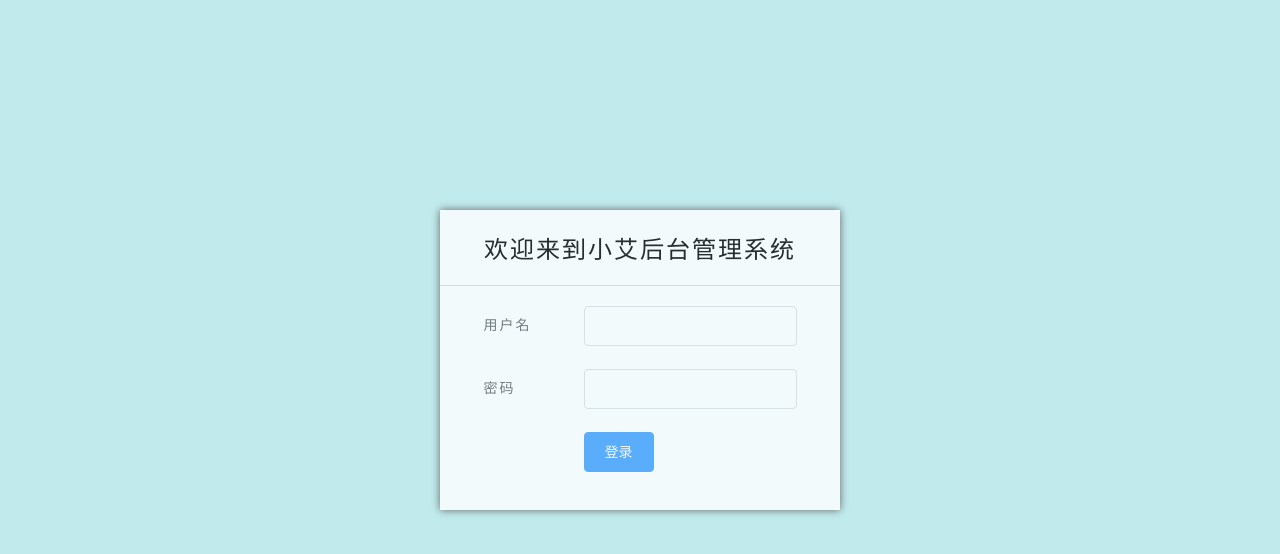
Repository: noob-injoker/router-slots-cw-ee
Page: /Login
These files come from the project's save history. The page is drawn as it stood at one moment and after the next save; the edit follows.
The browser window is 1280 px wide. The pictures show the whole page.
The project was rebuilt for these pictures with package versions that can differ from the ones it lists, and the page was loaded fresh each time. Also part of the build but not shown: vue.config.js, src/views/Home.vue, src/views/Layout.vue.

Above is the page before, as saved 2020-08-29 20:20:41.

### src/main.js
import Vue from 'vue'
import App from './App.vue'
import router from './router'
import store from './store'
import './bus'
import ElementUI from 'element-ui'
import 'element-ui/lib/theme-chalk/index.css'

Vue.use(ElementUI)

Vue.config.productionTip = false

new Vue({
  router,
  store,
  render: h => h(App)
}).$mount('#app')

### src/App.vue
<template>
<div id="app">

  <router-view />

</div>
</template>

<style>
@import './styles/styles.scss';
@import './styles/common.scss';
</style>

### src/router/index.js
import Vue from 'vue'
import VueRouter from 'vue-router'
import Home from '../views/Home.vue'
import Layout from '../views/Layout.vue'

Vue.use(VueRouter)

  const routes = [
    {
      path: '/',
      name: 'Layout',
      component: Layout,
      children: [

        {
          path: '',
          name: 'Home',
          component: Home
        }
        // ,
        // {
        //   path: 'cata',
        //   name: 'cata',
        //   component: () => import('../views/cata.vue')
        // }
      ]

    },
    {
      path:'/Login',
      name:"Login",
      component: () => import('../views/Login.vue'),
      meta:{
        title:'登录'
      }
    },
  // ,
  // {
  //   path: '/about',
  //   name: 'About',
  //   // route level code-splitting
  //   // this generates a separate chunk (about.[hash].js) for this route
  //   // which is lazy-loaded when the route is visited.
  //   component: () => import(/* webpackChunkName: "about" */ '../views/About.vue')
  // }

]

const router = new VueRouter({
  mode: 'history',
  base: process.env.BASE_URL,
  routes
})

export default router

### src/store/index.js
import Vue from 'vue'
import Vuex from 'vuex'
import user from './user/user'

Vue.use(Vuex)

export default new Vuex.Store({
  state: {
    some:""
  },
  mutations: {
    setSome(state,data){
      state.some = data
    }
  },
  actions: {
  },
  modules: {
    user
  }
})

### src/bus/index.js
import Vue from 'vue'
const bus = new Vue()
Vue.prototype.$bus = bus

### src/styles/styles.scss
.username .el-form-item__label,.password .el-form-item__label{
    text-align: left;
}

### src/styles/common.scss
*{
  margin: 0px;
  padding: 0px;
}

.df{
  display: flex;
}
.f-1{
  flex: 1;
}
.j-center{
  display: flex;
  justify-content: center;

}
.j-bettween{
  display: flex;
  justify-content: space-between;

}
.j-around{
  display: flex;
  justify-content: space-around;
}
.j-end{
  display: flex;
  justify-content: flex-end;
}
.a-center{
  align-items: center;
}
.f-column{
  display: flex;
  flex-direction: column;
}
.p-r{
  position: relative;
}
.p-a{
  position: absolute;
}

.r1{
  border: 1px solid red;
}
.y1{
  border: 1px solid yellow;
}
.b1{
  border: 1px solid black;
}

.l-height32{
  line-height: 32px;
}
.w100{

  width: 100%;

}
.t-center{
  text-align: center;

}
.f12{
  font-size: 12px;
}

.w1170{
  width: 1170px;
}
.h100{
  height: 100px;
}
.h70{
  height: 70px;
}
.h436{
  height: 436px;
}
.h350{
  height: 350px;
}
.w1070{
  width: 1070px;
}
.h1590{
  height: 1590px;
}
.h726{
  height: 726px;
}
.w1054{
  width: 1054px;
}
.h160{
  height: 160px;
}
.w732{
  width: 732px;
}
.b2{
  border: 2px solid black;
}
.h434{
  height: 434px;

}
.h600{
  height: 600px;
}
.w1078{
  width: 1078px;
}
.h362{
  height: 362px;
}
.fs16{
  font-size: 16px;
}
.w652{
  width: 652px;

}
.h82{
  height: 82px;
}
.w1064{
  width: 1064px;
}
.h352{
  height: 352px;
}
.w286{
  width: 286px;
}
.h22{
  height: 22px;
}
.w290{
  width: 290px;
}
.h330{
  height: 330px;
}
.mt40{
  margin-top: 40px;
}
.h724{
  height: 724px;
}
.h630{
  height: 630px;

}
.w1058{
  width: 1058px;
}
.h160{
  height: 160px;
}
.w290{
  width: 290px;
}
.w738{
  width: 738px;
}
.w1170{
  width: 1170;
}
.h468{
  height: 468px;
}
.mt20{
  margin-top: 20px;
}
.h318{
  height: 318px;
}
.w652{
  width: 652px;
}
.w370{
  width: 370px;
}
.h314{
  height: 314px;
}
.g1{
  border: 1px solid gray;
}
.w146{
  width: 146px;
}
.box_content3_pic img{
  width: 100%;
  height: 100%;
}
.w488{
  width: 488px;
}
.h420{
  height: 420px;
}
.h234{
  height: 234px;
}
.w950{
  width: 950px;
}
.h68{
  height: 68px;
}
.w124{
  width: 124px;
}
.h50{
  height: 50px;
}
.w190{
  width: 190px;
}
.h44{
  height: 44px;
}
.w184{
  width: 184px;
}
.h32{
  height: 32px;
}
.h400{
  height: 400px;
}
.w1200{
  width: 1200px;
}
.w950{
  width: 950px;

}
.h630{
  height: 630px;
}
.h188{
  height: 188px;
}
.h380{
  height: 380px;
}
.h335{
  height: 335px;
}
.h138{
  height: 138px;
}
.w238{
  width: 238px;
}
.h668{
  height: 668px;
}
.h446{
  height: 446px;
}
.w460{
  width: 460px;
}
.w140{
  width: 140px;
}
.h140{
  height: 140px;
}
.w320{
  width: 320px;
}
.w950{
  width: 950px;

}
.h498{
  height: 498px;
}
.h100{
  height: 100px;
}
.h398{
  height: 398px;
}
.mb10{
  margin-bottom: 10px;
}
.w358{
  width: 358px;
}
.w440{
  width: 440px;
}
.w119{
  width: 119px;
}
.h30{
  height: 30px;
}
.w59{
  width: 59px;
}
.h88{
  height: 88px;
}
.w1000{
  width: 1000px;
}
.height{
  height: 460px;
}
.w120{
  width: 120px;
}
.h70{
  height: 70px;
}
.fs12{
  font-size: 12px;
}
.fs14{
  font-size: 14px;
}
.h509{
  height: 509px;
}
.w644{
  width: 644px;
}
.w274{
  width: 274px;
}
.w162{
  width: 274px;
}
.h104{
  height: 104px;
}
.w450{
  width: 450px;
}
.w162{
  width: 162px;
}
.h38{
  height: 38px;
}
.h40{
  height: 40px;
}
.w276{
  width: 276px;
}
.h320{
  height: 320px;
}
.w274{
  width: 274px;

}
.h76{
  height: 76px;
}
.h84{
  height: 84px;
}
.h140{
  height: 140px;
}
.h72{
  height: 72px;
}
.h80{
  height: 80px;
}
.h140{
  height: 140px;
}
.w98{
  width: 98px;
}
.w172{
  width: 172px;
}
.h310{
  height: 310px;
}
.h150{
  height: 150px;
}
.h40{
  height: 40px;
}
.pr{
  position: relative;
}
.pa{
  position: absolute;
}
.h176{
  height: 176px;
}
.w920{
  width: 920px;
}
.h122{
  height: 122px;
}
.h145{
  height: 145px;
}
.h108{
  height: 108px;
}
.h48{
  height: 48px;
}
.w612{
  width: 612px;
}
.h36{
  height: 36px;
}
.w322{
  width: 322px;
}
.w1002{
  width: 1002px;
}
.h98{
  height: 98px;
}
.h44{
  height: 44px;
}

.h328{
  height: 328px;
}
.w670{
  width: 670px;
}
.w258{
  width: 258px;
}
.h368{
  height: 368px;
}
.h308{
  height: 308px;
}
.w332{
  width: 332px;
}
.h590{
  height: 590px;
}
.h466{
  height: 466px;
}
.w242{
  width: 242px;
}
.w732{
  width: 732px;
}
.h42{
  height: 42px;
}
.w420{
  width: 420px;
}
.w270{
  width: 270px;
}
.w730{
  width: 730px;
}
.h150{
  height: 150px;
}
.w270{
  width: 270px;
}
.h120{
  height: 120px;
}
.w420{
  width: 420px;
}

.h150{
  height: 150px;
}
.w244{
  width: 244px;

}
.h276{
  height: 276px;
}
.h42{
  height: 42px;
}
.h490{
  height: 490px;
}
.f1{
  flex: 1;
}
.f5{
  flex: 5;
}
.h64{
  height: 64px;
}
.m-l-20{
  margin-left: 20px;
}
.p-l-8{

  padding-left: 8px;
}
.cw{
  color: white;
}
.bg_blue{
  background: rgb(87, 87, 128);
}
.p10{
  padding:10px;
}
.m-t-40{
  margin-top: 40px;
}
.m-t-10{
  margin-top: 10px;
}
.wb20{
  width: 20%;
}
.wb24{
  width: 24%;
}
.hb30{
  height: 30%;
}
.h60{
  height: 60px;
}
.fs22{
  font-size: 40px;
}
.h50{
  height: 50px;
}
.w200{
  width: 200px;
}
.m-t-10{
  margin-top: 10px;
}
.fw7{
  font-weight: 700;
}
.w200{
  width: 200px;
}
.h200{
  height: 200px;
}
.h602{
  height: 602px;
}
.h608{
  height: 607px;
}
.m-l-r-20{
  margin-left: 20px;
  margin-right: 20px;
}
.bgwhite{
  background: white;
}
.fixed{
  position: fixed;
}
.m-l-r-15{
  margin-left: 15px;
  margin-right: 15px;
}
.m-l-10{
  margin-left: 10px;
}
.m-t-15{
  margin-top:15px
}
.h40{
  height: 40px;
}
.bgw{
  background: white;
}
.h30{
  height: 30px;
}
.wb100{
  width: 100%;
}
.w300{
  width: 400px;
}
.h40{
  height: 40px;
}
.m-b-20{
  margin-bottom: 20px;
}
.m-t-20{
  margin-top: 20px;
}
.m-r-30{
  margin-right:30px;
}
.ccc{
  display: flex;
  align-items: center;
  justify-content: center;
}
.w00{
  width: 100%;

}
.h00{
  height: 100%;
}
.bgBlue{
  background: blue;
}
.bgBlack{
  background: black;
}
.bgGreen{
  background: green;
}

### src/views/Login.vue
<template>
<div class="box">

  <div class="login-box">
    <div class="title ">欢迎来到小艾后台管理系统</div>
    <div class="line"></div>
    <el-form :model="ruleForm" :rules="rules" ref="ruleForm" label-width="100px" class="demo-ruleForm">

      <div class="username">
        <el-form-item label="用户名" prop="用户名">
          <el-input v-model="ruleForm.username"></el-input>
        </el-form-item>
      </div>

      <div class="password">
        <el-form-item label="密码" prop="密码">
          <el-input type="password" v-model="ruleForm.password"></el-input>
        </el-form-item>
      </div>

      <el-form-item>

        <el-button type="primary" @click="submitForm('ruleForm')">登录</el-button>

      </el-form-item>

    </el-form>
  </div>
</div>
</template>

<script>
export default {
  name: '',
  props: {},
  components: {

  },
  data() {
    return {
      ruleForm: {
        username: '',
        password: "",
      },
      rules: {
        username: [{
            required: true,
            message: '请输入用户名',
            trigger: 'blur'
          },
          {
            min: 3,
            max: 5,
            message: '长度在 3 到 5 个字符',
            trigger: 'blur'
          }
        ],
        password: [{
            required: true,
            message: '请输入密码',
            trigger: 'blur'
          },
          {
            min: 3,
            max: 5,
            message: '长度在 3 到 5 个字符',
            trigger: 'blur'
          }
        ]
      }

    }
  },
  methods: {

    submitForm(formName) {
      this.$refs[formName].validate((valid) => {
        if (valid) {
          this.$store.dispatch('user/login', {
            username: this.ruleForm.username,
            password: this.ruleForm.password
          })
          alert('submit!');

        } else {
          console.log('error submit!!');
          return false;
        }
      });
    }

  },
  mounted() {

  },
  watch: {

  },
  computed: {

  }
}
</script>

<style lang="scss" scoped>
.line {
  text-align: left !important;
}

.line {
  margin: 20px auto;
  width: 100%;
  height: 1px;
  background: rgb(216, 212, 212);
}

.b1 {
  border: 1px solid red;
}

.title {
  margin-top: 20px;
  font-size: 24px;
}

.el-input__inner {
  background: white;
}

.box {
  letter-spacing: 2px;
  background: rgb(192, 234, 236);
  width: 100%;
  height: 100%;
  position: absolute;

}

.login-box {
  position: absolute;
  margin: auto;
  left: 0;
  right: 0;
  top: 0;
  bottom: 0;
  width: 400px;
  height: 300px;
  background: white;
  box-shadow: 0 0 8px rgb(75, 70, 70);
  display: flex;
  flex-direction: column;
  align-items: center;
  opacity: 0.8;

}
</style>

### src/store/user/user.js
import api from '../../http/api'
import router from '../../router'
import {Message} from 'element-ui'

export default {
  // 开启命名空间 这个文件就是单独的一个vuex的模块
  namespaced: true,
  state: {
    menus: []
  },
  mutations: {
    setMenus(state, data) {
      state.menus = data
    }
  },
  actions: {
    // 所有的请求都写在actions里面
    // action里面的方法可以传两个参数 第一个参数是整个store(vuex对象) 第二个参数是请求的参数
    async getMenus({commit}) {
      let res = await api.getMenus()
      if (res.meta.status === 200) {
        // 提交mutation
        commit('setMenus', res.data)
      }
    },
    async login({commit}, {username, password}) {
      console.log(commit);
      let res = await api.login({
        username,
        password
      })
      if (res.meta.status === 200) {
        // 存储信息
        localStorage.setItem('adminToken', res.data.token)
        localStorage.setItem('adminUser', JSON.stringify(res.data))
        // 跳转路由
        router.push('/Home')
        // 提示用户
        Message.success('登录成功')
      } else {
        Message.error(res.meta.msg)
      }
    }
    // getMenus() {
    //   api.getMenus().then().catch()
    // }
  },
}

### src/http/api.js
import service from './index'

export default {
  login({username, password}) {
    return service.post('/login', {
      username,
      password
    })
  },
  getMenus() {
    return service.get('menus')
  }
}

### src/http/index.js
import axios from 'axios'
import nprogress from 'nprogress'
import {Message} from 'element-ui'


// 运行环境: 本地环境:devlpment 和线上(生产)环境: production
const isPro = process.env.NODE_ENV === 'production'

// 创建一个axios的实例
const service = axios.create({
  // 基础路径: 需要根据当前的运行环境来判断
  baseURL: isPro ? '线上的接口路径' : '/api',
  // 超时时间
  timeout: 100000
})


// 请求拦截: 每一次发请求都会做的事情
service.interceptors.request.use((config) => {
  nprogress.start()
  // 前后端鉴权
  // jwt: JSON WEB TOKEN
  // 登录成功之后 后端会返回一个令牌
  let token = localStorage.getItem('adminToken')
  if (token) {
    // 需要在请求头当中添加token
    config.headers['Authorization'] = token
  }
  return config
}, err => {
  nprogress.done()
  return Promise.reject(err)
})


// 响应拦截: 每一次接口返回数据的时候都会做的事情
service.interceptors.response.use((res) => {
  nprogress.done()
  return res.data
}, err => {
  if (err.response && err.response.status) {
    // 错误请求的状态码
    let status = err.response.status
    if (status === 400) {
      Message.error('参数错误')
    }
    if (status === 401) {
      Message.error('登录过期,请重新登录')
    }
    if (status === 403) {
      Message.error('没有权限')
    }
    if (status === 404) {
      Message.error('接口路径错误')
    }
    if (status === 500) {
      Message.error('服务器出错')
    }
    if (status === 503) {
      Message.error('服务器在维护')
    }
  }
  return Promise.reject(err)
})


export default service

Loaded but not shown: public/index.html (common file)

After the next save:
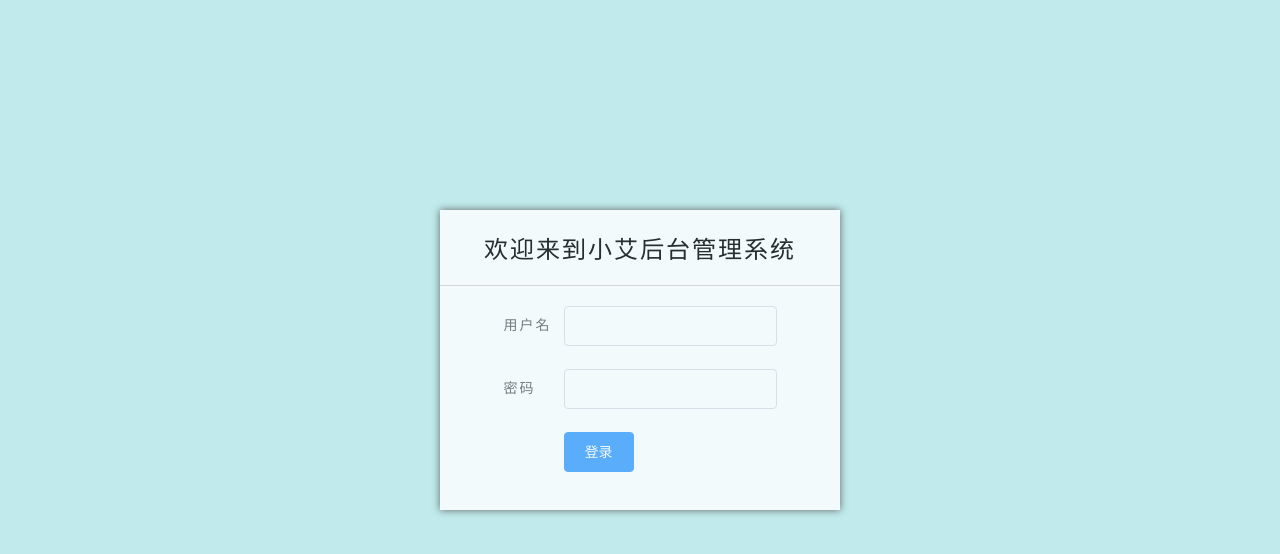
Saved 43 min 9 s later.
--- a/src/views/Login.vue
+++ b/src/views/Login.vue
@@ -4,7 +4,7 @@
   <div class="login-box">
     <div class="title ">欢迎来到小艾后台管理系统</div>
     <div class="line"></div>
-    <el-form :model="ruleForm" :rules="rules" ref="ruleForm" label-width="100px" class="demo-ruleForm">
+    <el-form :model="ruleForm" :rules="rules" ref="ruleForm" label-width="60px" class="demo-ruleForm">
 
       <div class="username">
         <el-form-item label="用户名" prop="用户名">
